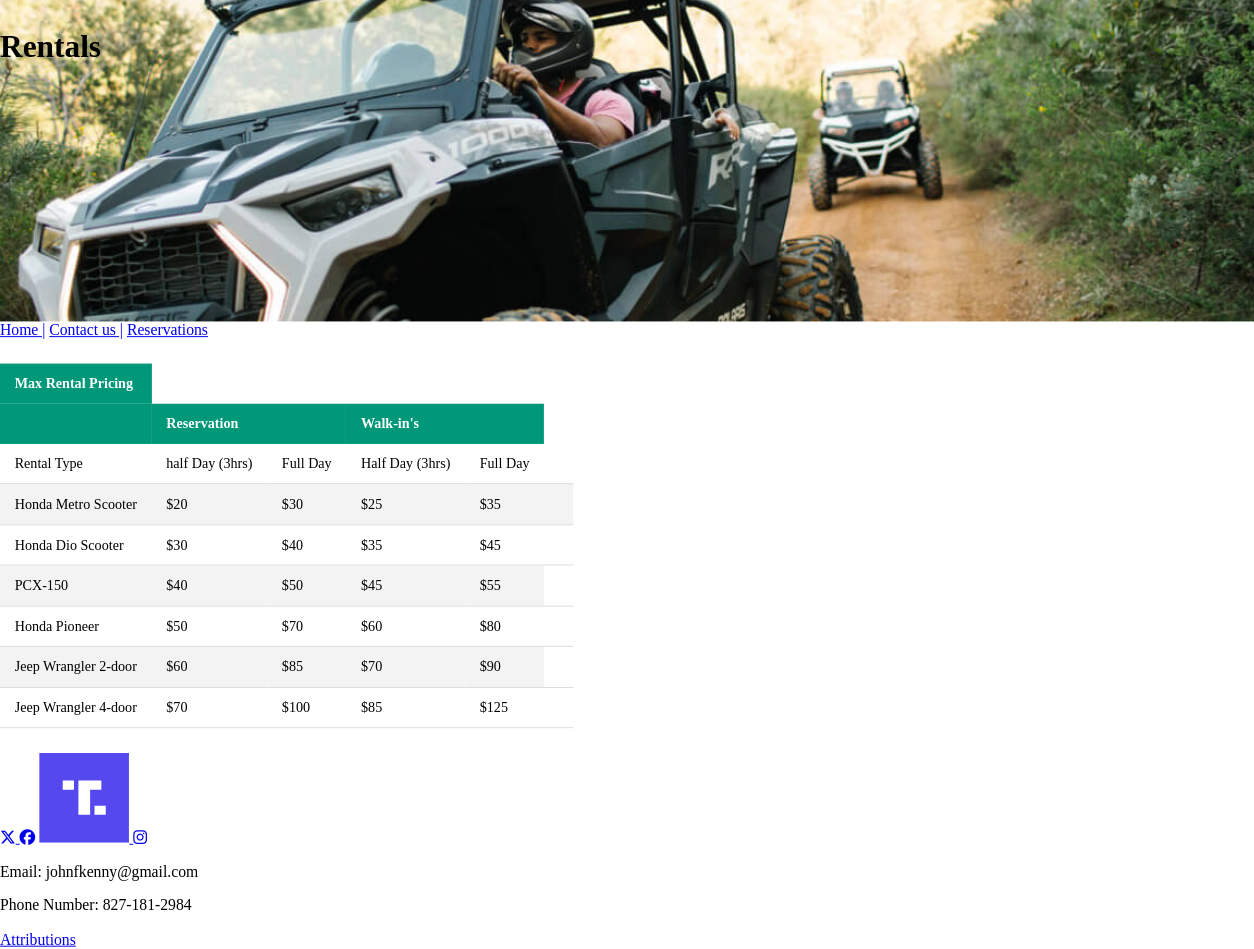
Repository: nak97/WDD230
Page: scoots/rentals-page/rentals-page.html
The author's editor kept a copy of each file at every save. The page is drawn from the files as they stood at one save, then again after the next save.
The browser window is 1280 px wide. The pictures show the whole page, at 98% of full size.
Some web libraries are served in a nearby version.

Above is the page before, as saved 2023-12-11 14:03:10.

### scoots/rentals-page/rentals-page.html
<!DOCTYPE html>
<html lang="en">
<head>
  <meta charset="UTF-8">
  <meta name="viewport" content="width=device-width, initial-scale=1.0">
  <title>Nick Keen - WDD 230 - Web Frontend Development</title>
  <meta name="description" content="WDD 230 - Nicholas Keen  - Web Frontend Final Project">
  <meta name="author" content="Nicholas Keen">
  <meta property="og:title" content="facebook"/>
  <meta property="og:type" content="website" />
  <meta property="og:url" content="facebook.com" />
  <meta property="og:image" content="images/facebook-meta-tag-pic.png" />
  <link rel="stylesheet" href="styles/base.css">
  <link rel="stylesheet" href="styles/media.css">
  <link rel="stylesheet" href="styles/normalize.css">
</head>
<body>

  <header>
<h1>Rentals</h1>
  </header>

  <nav>
<a href="../home-page/home.html">Home |</a>
<a href="../contact/contact.html">Contact us |</a>
<a href="../reservations/reservations.html">Reservations</a>
  </nav>

  <main>
    <table class="content-table">
      <thead>
        <tr>
          <td>  Max Rental Pricing</td></tr>
          <td></td>
          <td colspan="2"> Reservation</td>
          <td colspan="2">Walk-in's</td>
      </tr>
      </thead>
      <tbody>
        <tr>
          <td>Rental Type</td>
          <td>half Day (3hrs)</td>
          <td>Full Day</td>
          <td>Half Day (3hrs)</td>
          <td>Full Day</td>
      </tr>
        <tr>
        <td>Honda Metro Scooter</td>
        <td><span id="price-half-metro"></span></td>
        <td><span id="price-f-metro"></span></td>
        <td><span id="price-h-w"> </span></td>
        <td id="price-f-w"> </td>
        <td></td>
      </tr>
        <tr>
          <td>Honda Dio Scooter</td>
          <td> <span id="dio-h-r"></span></td>
          <td> <span id="dio-f-r"></span></td>
          <td> <span id="dio-h-w"></span></td>
          <td> <span id="dio-f-w"></span></td>
          <td></td>
        </tr>
        <tr>
          <td>PCX-150</td>
          <td> <span id="pcx-h-r"></span></td>
          <td> <span id="pcx-f-r"></span></td>
          <td> <span id="pcx-h-w"></span></td>
          <td> <span id="pcx-f-w"></span></td>
        </tr>
        <tr>
          <td>Honda Pioneer</td>
          <td> <span id="pioneer-h-r"></span></td>
          <td> <span id="pioneer-f-r"></span></td>
          <td> <span id="pioneer-h-w"></span></td>
          <td> <span id="pioneer-f-w"></span></td>
        </tr>
        <tr>
          <td>Jeep Wrangler 2-door</td>
          <td> <span id="jeep-two-h-r"></span></td>
          <td> <span id="jeep-two-f-r"></span></td>
          <td> <span id="jeep-two-h-w"></span></td>
          <td> <span id="jeep-two-f-w"></span></td>
        </tr>
        <tr>
        <td>Jeep Wrangler 4-door</td>
        <td> <span id="jeep-four-h-r"></span></td>
        <td> <span id="jeep-four-f-r"></span></td>
        <td> <span id="jeep-four-h-w"></span></td>
        <td> <span id="jeep-four-f-w"></span></td>
        </tr>






      </tbody>





    </table>






















  </main>





<footer>

  <a href="https://twitter.com/" target="_blank" > <i class="fa-brands fa-x-twitter"></i> </a>
  <a href="https://www.facebook.com" target="_blank"><i class="fa-brands fa-facebook"></i></a>
  <a href="https://truthsocial.com/" target="_blank"> <img class="truth-social-icon" src="images/truth-social.svg" alt="truth social"> </a>
  <a href="https://www.instagram.com/" target="_blank"><i class="fa-brands fa-instagram"></i></a>

<section class="info">
<p>Email: johnfkenny@gmail.com</p>
<p>Phone Number: 827-181-2984</p>
<a href="attributions.html" target="_blank">Attributions</a>
</section>


</footer>



<script src="./scripts/pricing.js"></script>
<script src="https://kit.fontawesome.com/615002bc5f.js" crossorigin="anonymous"></script>
</body>


</html>

### scoots/rentals-page/styles/base.css
header {
  background-image: url(../images/OHV-SEO-1152x768.jpg);
  background-repeat: no-repeat;
  height: 20rem;
  background-position: 10% 67%;
  background-size: cover;
  margin-top: 0 ;
  padding-top: 0.5rem;
}


.content-table {
  border-collapse: collapse;
  margin: 25px 0;
  font-size: 0.9em;
  min-width: 400px;
}

.content-table thead tr {
  background-color: #009879;
  color: #ffffff;
  text-align: left;
  font-weight: bold;
}

.content-table th {

}

.content-table td{
  padding:12px 15px;
}

.content-table tbody tr {
  border-bottom: 1px solid #dddddd;

}

.content-table tbody tr:nth-of-type(even){
  background-color: #f3f3f3;
}

### scoots/rentals-page/scripts/pricing.js
const url = './data/pricing.json'
async function getPrice() {
 const response = await fetch(url);
 const data = await response.json();
 console.log(data)

// metro scooter
 document.getElementById('price-half-metro').innerText = data.reservation[0].hd;
 document.getElementById('price-f-metro').innerText = data.reservation[0].fd ;
 document.getElementById('price-h-w').innerText = data.walk[0].hd;
 document.getElementById('price-f-w').innerText = data.walk[0].fd;

// dio scooter
 document.getElementById('dio-h-r').innerText = data.reservation[1].hd;
 document.getElementById('dio-f-r').innerText = data.reservation[1].fd;
 document.getElementById('dio-h-w').innerText = data.walk[1].hd;
 document.getElementById('dio-f-w').innerText = data.walk[1].fd;

//  pxc150
document.getElementById('pcx-h-r').innerText = data.reservation[2].hd;
document.getElementById('pcx-f-r').innerText = data.reservation[2].fd;
document.getElementById('pcx-h-w').innerText = data.walk[2].hd;
document.getElementById('pcx-f-w').innerText = data.walk[2].fd;

// pioneer
document.getElementById('pioneer-h-r').innerText = data.reservation[3].hd;
document.getElementById('pioneer-f-r').innerText = data.reservation[3].fd;
document.getElementById('pioneer-h-w').innerText = data.walk[3].hd;
document.getElementById('pioneer-f-w').innerText = data.walk[3].fd;

// jeep 2-door
document.getElementById('jeep-two-h-r').innerText = data.reservation[5].hd;
document.getElementById('jeep-two-f-r').innerText = data.reservation[5].fd;
document.getElementById('jeep-two-h-w').innerText = data.walk[5].hd;
document.getElementById('jeep-two-f-w').innerText = data.walk[5].fd;

// jeep 4-door
document.getElementById('jeep-four-h-r').innerText = data.reservation[4].hd;
document.getElementById('jeep-four-f-r').innerText = data.reservation[4].fd;
document.getElementById('jeep-four-h-w').innerText = data.walk[4].hd;
document.getElementById('jeep-four-f-w').innerText = data.walk[4].fd;
}
getPrice();

### scoots/rentals-page/data/pricing.json
{
  "reservation":[
      {
        "type": "Honda Metro Scooter ",
        "hd": "$20",
        "fd": "$30"
      },

      {
        "type": " Honda Dio Scooter",
        "hd": "$30 ",
        "fd": "$40 "
      },

      {
        "type": " Honda CX150 Scooter",
        "hd": "$40 ",
        "fd": "$50 "
      },


      {
        "type": " Honda Pioneer",
        "hd": "$50 ",
        "fd": "$70 "
      },

      {
        "type": " Jeep Wrangler - 4 door with a/c",
        "hd": "$70 ",
        "fd": "$100 "
      },

      {
        "type": " Jeep Wrangler - 2 door ",
        "hd": "$60 ",
        "fd": "$85 "
      }
  ],

  "walk":[
{
  "type": "Honda Metro Scooter ",
  "hd": "$25",
  "fd": "$35"
},

{
  "type": " Honda Dio Scooter",
  "hd": "$35 ",
  "fd": "$45 "
},

{
  "type": " Honda CX150 Scooter",
  "hd": "$45 ",
  "fd": "$55 "
},

{
  "type": " Honda Pioneer",
  "hd": "$60 ",
  "fd": "$80 "
},

{
  "type": " Jeep Wrangler - 4 door with a/c",
  "hd": "$85 ",
  "fd": "$125 "
},

{
  "type": " Jeep Wrangler - 2 door ",
  "hd": "$70 ",
  "fd": "$90 "
}

  ]
}

Loaded but not shown: scoots/rentals-page/styles/normalize.css (library); scoots/rentals-page/styles/media.css (no stored copy; drawn as an empty file)

After the next save:
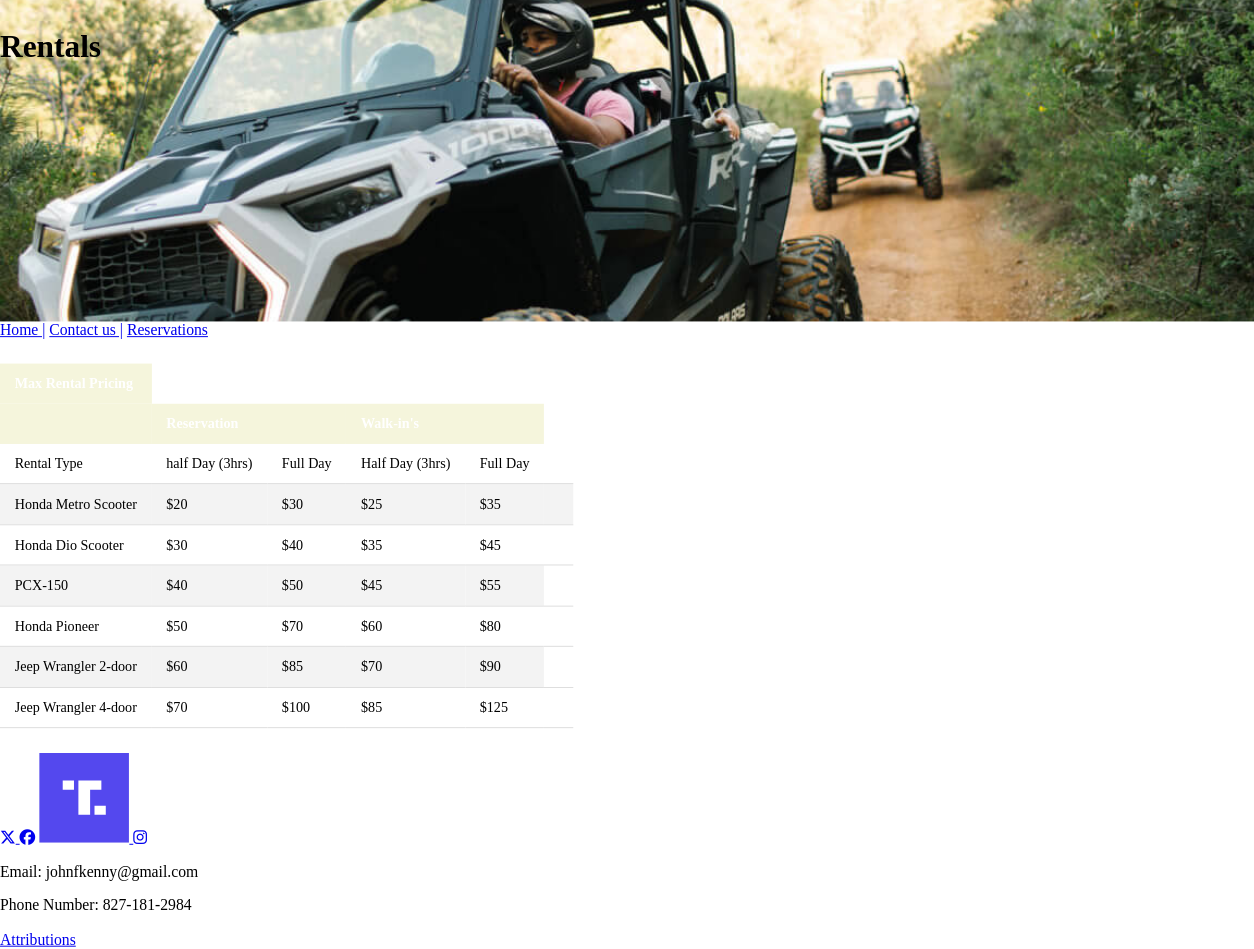
Saved 93 min 13 s later.
--- a/scoots/rentals-page/styles/base.css
+++ b/scoots/rentals-page/styles/base.css
@@ -17,7 +17,7 @@ header {
 }
 
 .content-table thead tr {
-  background-color: #009879;
+  background-color: beige;
   color: #ffffff;
   text-align: left;
   font-weight: bold;
